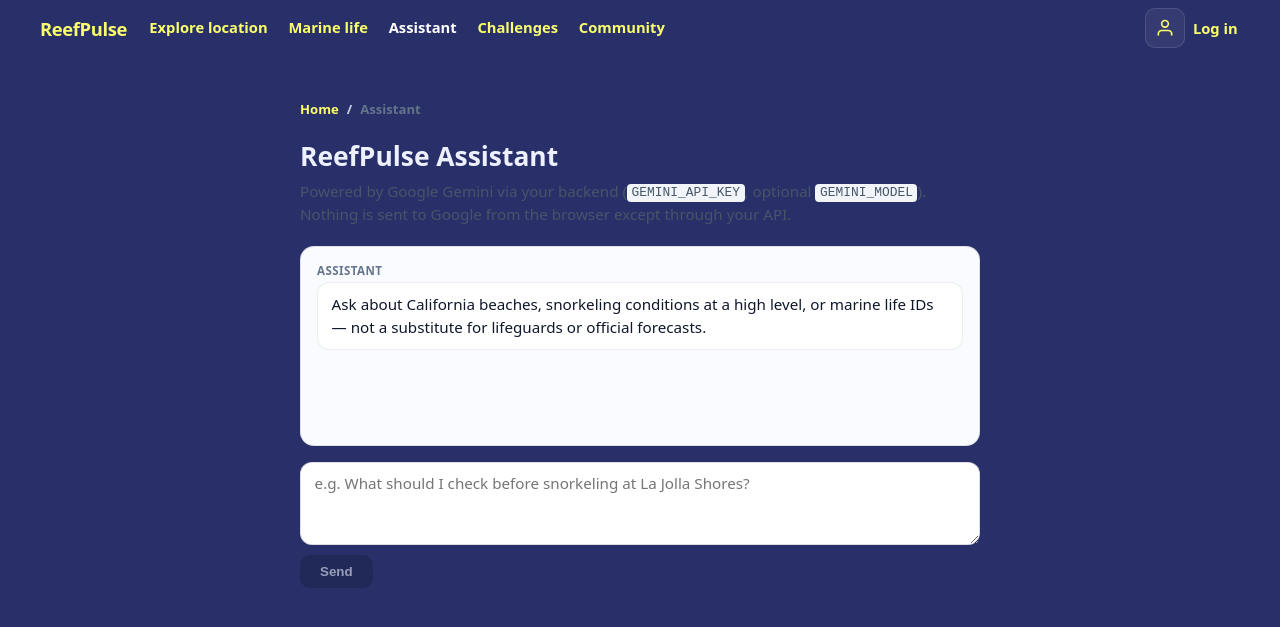
Repository: AayushSalvi/ReefPulse
Page: /assistant (app in frontend/)
These files come from the project's save history. The page is drawn as it stood at one moment and after the next save; the edit follows.
The browser window is 1280 px wide. The pictures show the whole page.
The page's requests for data from a server got no answer. The project was rebuilt for these pictures with package versions that can differ from the ones it lists, and the page was loaded fresh each time. No one was signed in, and anything a server would have sent is missing. Also part of the build but not shown: frontend/vite.config.js, frontend/src/features/auth/auth.css, frontend/src/features/auth/LoginPage.jsx, frontend/src/features/auth/RegisterPage.jsx, frontend/src/data/challengesData.js, frontend/src/features/challenges/challengeIcons.jsx, frontend/src/features/challenges/challenges.css, frontend/src/features/challenges/ChallengesPage.jsx and 27 more.

Above is the page before, as saved 2026-04-19 10:53:11.

After the next save:
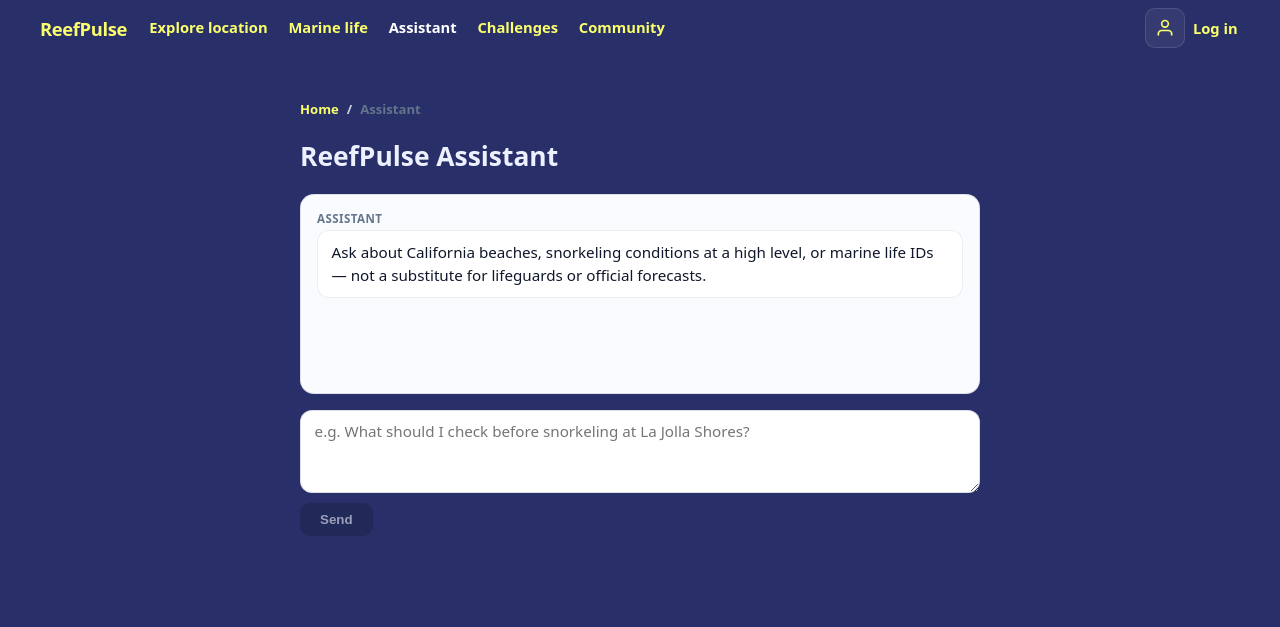
Saved 5 min 6 s later.
--- a/frontend/src/features/assistant/ReefAssistantPage.jsx
+++ b/frontend/src/features/assistant/ReefAssistantPage.jsx
@@ -12,8 +12,8 @@ export default function ReefAssistantPage() {
   const [rows, setRows] = useState(() => [
     {
       role: "assistant",
-      text: "Ask about California beaches, snorkeling conditions at a high level, or marine life IDs — not a substitute for lifeguards or official forecasts."
-    }
+      text: "Ask about California beaches, snorkeling conditions at a high level, or marine life IDs — not a substitute for lifeguards or official forecasts.",
+    },
   ]);
   const [busy, setBusy] = useState(false);
   const bottomRef = useRef(null);
@@ -35,7 +35,14 @@ export default function ReefAssistantPage() {
       requestAnimationFrame(scrollDown);
     } catch (ex) {
       const msg = ex instanceof Error ? ex.message : "Request failed";
-      setRows((r) => [...r, { role: "assistant", text: `Could not get a reply: ${msg}`, isError: true }]);
+      setRows((r) => [
+        ...r,
+        {
+          role: "assistant",
+          text: `Could not get a reply: ${msg}`,
+          isError: true,
+        },
+      ]);
     } finally {
       setBusy(false);
       requestAnimationFrame(scrollDown);
@@ -52,22 +59,26 @@ export default function ReefAssistantPage() {
 
       <header className="rp-assistant-hero">
         <h1>ReefPulse Assistant</h1>
-        <p>
-          Powered by Google Gemini via your backend (<code className="rp-assistant-code">GEMINI_API_KEY</code>, optional{" "}
-          <code className="rp-assistant-code">GEMINI_MODEL</code>). Nothing is sent to Google from the browser except through
-          your API.
-        </p>
       </header>
 
-      <div className="rp-assistant-chat" role="log" aria-live="polite" aria-relevant="additions">
+      <div
+        className="rp-assistant-chat"
+        role="log"
+        aria-live="polite"
+        aria-relevant="additions"
+      >
         {rows.map((row, i) => (
           <div
             key={i}
             className={`rp-assistant-row rp-assistant-row--${row.role}${row.isError ? " rp-assistant-row--err" : ""}`}
           >
-            <span className="rp-assistant-role">{row.role === "user" ? "You" : "Assistant"}</span>
+            <span className="rp-assistant-role">
+              {row.role === "user" ? "You" : "Assistant"}
+            </span>
             <div className="rp-assistant-bubble">{row.text}</div>
-            {row.model ? <span className="rp-assistant-model">{row.model}</span> : null}
+            {row.model ? (
+              <span className="rp-assistant-model">{row.model}</span>
+            ) : null}
           </div>
         ))}
         <div ref={bottomRef} />
@@ -86,7 +97,11 @@ export default function ReefAssistantPage() {
           placeholder="e.g. What should I check before snorkeling at La Jolla Shores?"
           disabled={busy}
         />
-        <button type="submit" className="rp-assistant-send" disabled={busy || !input.trim()}>
+        <button
+          type="submit"
+          className="rp-assistant-send"
+          disabled={busy || !input.trim()}
+        >
           {busy ? "Thinking…" : "Send"}
         </button>
       </form>
